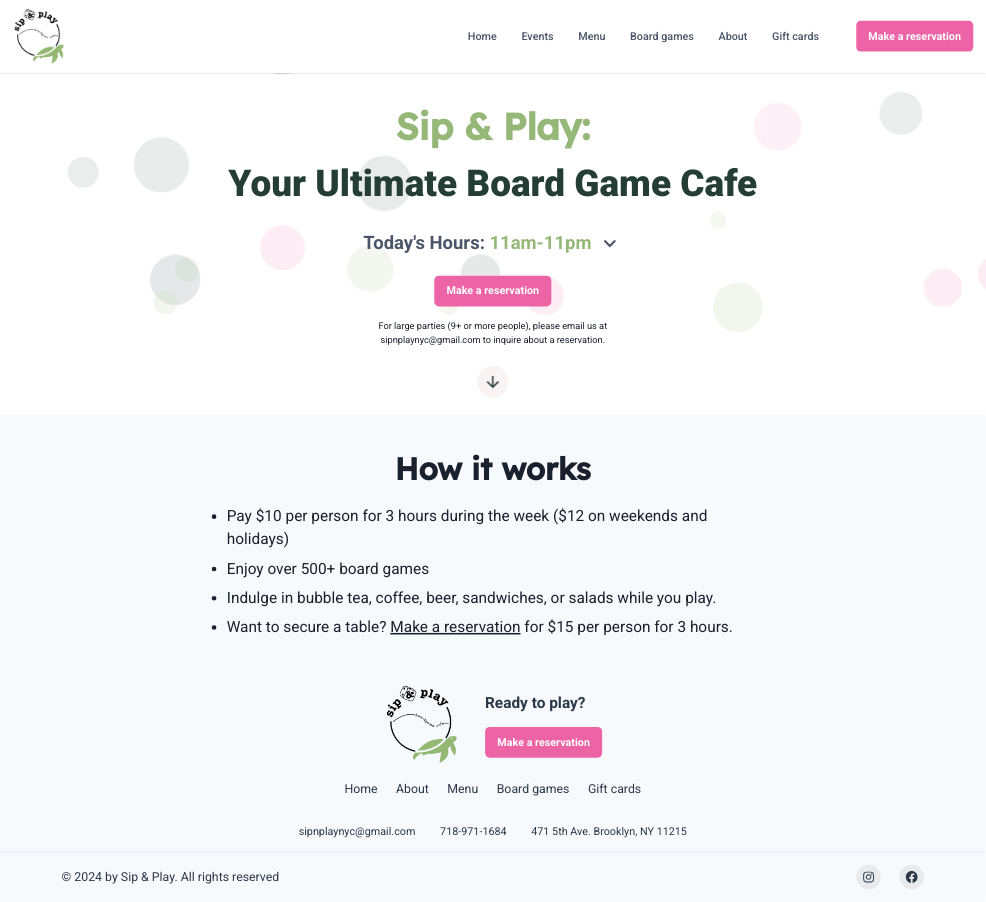
Repository: natespinetti/codedexsummerhackathon
Page: /
These files come from the project's save history. The page is drawn as it stood at one moment and after the next save; the edit follows.
The browser window is 1280 px wide. The pictures show the whole page, at 77% of full size.
The project was rebuilt for these pictures with package versions that can differ from the ones it lists, and the page was loaded fresh each time. The framework's server and built-in components were replaced by stand-ins that run in the browser. Also part of the build but not shown: next.config.mjs.

Above is the page before, as saved 2024-07-11 17:08:27.

### app/layout.tsx
"use client";
import Head from "next/head";
import React from "react";
import Header from "./components/Header";
import Footer from "./components/Footer";
import { Providers } from "./components/Providers";

export default function RootLayout({
  children,
}: {
  children: React.ReactNode;
}) {
  return (
    <html lang="en">
      <Head>
        <title>Sip & Play</title>
        <meta name="description" content="Board games and boba!" />
        <meta name="viewport" content="width=device-width, initial-scale=1" />
        <link rel="icon" href="/favicons/favicon.ico" />
      </Head>
      <body>
        <Providers>
          <Header />
          <main>{children}</main>
          <Footer />
        </Providers>
      </body>
    </html>
  );
}

### app/page.tsx
"use client";
import Image from "next/image";
import HomeHero from "./components/HomeHero";
import {
  Box,
  Text,
  Button,
  keyframes,
  ListItem,
  List,
  UnorderedList,
} from "@chakra-ui/react";
import HowItWorks from "./components/HowItWorks";
import { useRouter } from "next/navigation";

export default function Home() {
  const router = useRouter();

  const onArrowClick = () => {
    router.push("#how-it-works");
  };
  return (
    <>
      <HomeHero onArrowClick={onArrowClick} />
      <HowItWorks />
    </>
  );
}

### app/components/Footer.tsx
"use client";

import {
  Box,
  chakra,
  Container,
  Stack,
  Text,
  useColorModeValue,
  Button,
  Image,
  VisuallyHidden,
} from "@chakra-ui/react";
import { FaInstagram, FaTwitter, FaYoutube, FaFacebook } from "react-icons/fa";
import { ReactNode } from "react";

const SocialButton = ({
  children,
  label,
  href,
}: {
  children: ReactNode;
  label: string;
  href: string;
}) => {
  return (
    <chakra.button
      bg={useColorModeValue("blackAlpha.100", "whiteAlpha.100")}
      rounded={"full"}
      w={8}
      h={8}
      cursor={"pointer"}
      as={"a"}
      href={href}
      display={"inline-flex"}
      alignItems={"center"}
      justifyContent={"center"}
      transition={"background 0.3s ease"}
      _hover={{
        bg: useColorModeValue("blackAlpha.200", "whiteAlpha.200"),
      }}
    >
      <VisuallyHidden>{label}</VisuallyHidden>
      {children}
    </chakra.button>
  );
};

export default function Footer() {
  return (
    <>
      {/* <iframe
        src="https://www.google.com/maps/embed?pb=!1m19!1m8!1m3!1d48423.28708097213!2d-73.98076851318362!3d40.66393288184943!3m2!1i1024!2i768!4f13.1!4m8!3e0!4m0!4m5!1s0x89c25b963c296a77%3A0x33cab105836ef465!2sSip%20%26%20Play%2C%20471%205th%20Ave%2C%20Brooklyn%2C%20NY%2011215!3m2!1d40.668128599999996!2d-73.9869454!5e0!3m2!1sen!2sus!4v1720729656891!5m2!1sen!2sus"
        width="100%"
        height="200"
        style={{ border: 0 }}
        loading="lazy"
        referrerPolicy="no-referrer-when-downgrade"
      ></iframe> */}
      <Box
        bg={useColorModeValue("gray.50", "gray.900")}
        color={useColorModeValue("gray.700", "gray.200")}
      >
        <Container
          as={Stack}
          maxW={"6xl"}
          py={4}
          spacing={4}
          justify={"center"}
          align={"center"}
        >
          <Box display="flex" flexDir="row" alignItems="center" gridGap="2rem">
            <Image
              maxW="100px"
              src="/logos/sipnplay2.png"
              alt="Sip & Play Logo"
            />
            <Box>
              <Text fontWeight={700} fontSize="20px" pb="1rem">
                Ready to play?
              </Text>
              <Button
                as={"a"}
                display={{ base: "none", md: "inline-flex" }}
                fontSize={"sm"}
                fontWeight={600}
                color={"white"}
                bg={"pink.400"}
                href={"https://www.exploretock.com/sipnplay/"}
                target="_blank"
                _hover={{
                  bg: "pink.300",
                }}
              >
                Make a reservation
              </Button>
            </Box>
          </Box>
          <Stack direction={"row"} spacing={6}>
            <Box as="a" href={"#"}>
              Home
            </Box>
            <Box as="a" href={"#"}>
              About
            </Box>
            <Box as="a" href={"#"}>
              Menu
            </Box>
            <Box as="a" href={"#"}>
              Board games
            </Box>
            <Box as="a" href={"#"}>
              Gift cards
            </Box>
          </Stack>
          <Box
            display="flex"
            flexDir="row"
            gridGap="2rem"
            fontSize="14px"
            mt="1rem"
          >
            <Text as="a" href={"mailto:sipnplaynyc@gmail.com"}>
              sipnplaynyc@gmail.com
            </Text>
            <Text as="a" href={"tel:718-971-1684"}>
              718-971-1684
            </Text>
            <Text
              as="a"
              target="_blank"
              href={
                "https://www.google.com/maps/dir//471+5th+Ave,+Brooklyn,+NY+11215/@40.6680993,-74.0693463,12z/data=!4m8!4m7!1m0!1m5!1m1!1s0x89c25b963c296a77:0x33cab105836ef465!2m2!1d-73.9869454!2d40.6681286?entry=ttu"
              }
            >
              471 5th Ave. Brooklyn, NY 11215
            </Text>
          </Box>
        </Container>

        <Box
          borderTopWidth={1}
          borderStyle={"solid"}
          borderColor={useColorModeValue("gray.200", "gray.700")}
        >
          <Container
            as={Stack}
            maxW={"6xl"}
            py={4}
            direction={{ base: "column", md: "row" }}
            spacing={4}
            justify={{ base: "center", md: "space-between" }}
            align={{ base: "center", md: "center" }}
          >
            <Text>© 2024 by Sip & Play. All rights reserved</Text>
            <Stack direction={"row"} spacing={6}>
              <SocialButton
                label={"Instagram"}
                href={"https://www.instagram.com/sipnplaynyc/?hl=en"}
              >
                <FaInstagram />
              </SocialButton>
              <SocialButton
                label={"Facebook"}
                href={"https://www.facebook.com/sipnplaynyc/"}
              >
                <FaFacebook />
              </SocialButton>
            </Stack>
          </Container>
        </Box>
      </Box>
    </>
  );
}

### app/components/Providers.tsx
import { SPTheme } from "@/ui/theme/theme";
import { ChakraProvider } from "@chakra-ui/react";
import { ReactNode } from "react";

export function Providers({ children }: { children: ReactNode }) {
  return <ChakraProvider theme={SPTheme}>{children}</ChakraProvider>;
}

### app/components/HomeHero.tsx
"use client";
import { Box, Text, Button, keyframes } from "@chakra-ui/react";
import CurrentDayHours from "./CurrentDaysHours";
import {
  HamburgerIcon,
  CloseIcon,
  ChevronDownIcon,
  ArrowDownIcon,
} from "@chakra-ui/icons";

const bubbleAnimation = keyframes`
  0% {
    transform: translateY(100px) scale(1);
    opacity: 1;
  }
  100% {
    transform: translateY(-1000px) scale(1.5);
    opacity: 0;
  }
`;

const upDownAnimation = keyframes`
  0% {
    transform: translateY(0);
  }
  50% {
    transform: translateY(10px);
  }
  100% {
    transform: translateY(0px);
  }
`;

const bubbles = new Array(20).fill(0).map((_, index) => ({
  id: index,
  size: Math.random() * 3 + 1,
  left: Math.random() * 100,
  animationDuration: Math.random() * 20 + 10,
  animationDelay: Math.random() * 100,
}));

interface HomeHeroProps {
  onArrowClick: () => void;
}

const HomeHero: React.FC<HomeHeroProps> = ({ onArrowClick }) => {
  return (
    <>
      <Box position="relative" overflow="hidden" h="100%" w="100%">
        {bubbles.map((bubble, index) => (
          <Box
            key={bubble.id}
            position="absolute"
            bottom="0"
            left={`${bubble.left}%`}
            width={`${bubble.size}rem`}
            height={`${bubble.size}rem`}
            bg={
              index % 3 === 0
                ? "rgba(148, 185, 115, 0.3)"
                : index % 3 === 1
                ? "rgba(36, 62, 54, 0.3)"
                : "rgba(237, 100, 166, 0.3)"
            }
            borderRadius="50%"
            animation={`${bubbleAnimation} ${bubble.animationDuration}s linear infinite`}
            transitionDelay={`${bubble.animationDelay}s`}
          />
        ))}
        <Box
          position="relative"
          w="100vw"
          p="2rem"
          display="flex"
          flexDir="column"
          justifyItems="center"
          alignItems="center"
          gridGap="1rem"
          bg="rgba(255, 255, 255, 0.5)"
        >
          <Text
            as="h1"
            fontFamily="body"
            fontWeight="900"
            fontSize="3rem"
            color="#243E36"
            textAlign="center"
          >
            <Text
              as="span"
              color="#95b878"
              fontWeight="900"
              fontFamily="heading"
              fontSize="3rem"
            >
              Sip & Play:
              <br />
            </Text>
            Your Ultimate Board Game Cafe
          </Text>
          <CurrentDayHours />
          <Button
            as={"a"}
            display={{ base: "none", md: "inline-flex" }}
            fontSize={"sm"}
            fontWeight={600}
            color={"white"}
            bg={"pink.400"}
            href={"https://www.exploretock.com/sipnplay/"}
            target="_blank"
            _hover={{
              bg: "pink.300",
            }}
          >
            Make a reservation
          </Button>

          <Text
            fontSize="12px"
            w={{ base: "100%", md: "30%" }}
            textAlign="center"
          >
            For large parties (9+ or more people), please email us at{" "}
            <Text as="a" href="mailto:sipnplaynyc@gmail.com">
              sipnplaynyc@gmail.com
            </Text>{" "}
            to inquire about a reservation.
          </Text>
          <Box
            bg="rgba(246, 232, 234, 0.5)"
            p=".5rem"
            borderRadius="50%"
            onClick={() => onArrowClick()}
            animation={`${upDownAnimation} 4s ease-in-out infinite`}
          >
            <ArrowDownIcon color="#243E36" fontSize="1.5rem" />
          </Box>
        </Box>
      </Box>
    </>
  );
};

export default HomeHero;

### app/components/HowItWorks.tsx
"use client";
import {
  Box,
  Text,
  Button,
  keyframes,
  UnorderedList,
  ListItem,
} from "@chakra-ui/react";
import CurrentDayHours from "./CurrentDaysHours";
import {
  HamburgerIcon,
  CloseIcon,
  ChevronDownIcon,
  ArrowDownIcon,
} from "@chakra-ui/icons";

export default function HowItWorks() {
  return (
    <>
      <Box bg="var(--chakra-colors-gray-50)" id="how-it-works">
        <Box maxW="90%" m="auto" p="2.5rem 0">
          <Text
            as="h2"
            fontSize="2.5rem"
            fontFamily="heading"
            fontWeight={700}
            textAlign="center"
            mb="1rem"
          >
            How it works
          </Text>
          <UnorderedList spacing={2} fontSize="1.25rem" w="60%" m="auto">
            <ListItem>
              Pay $10 per person for 3 hours during the week ($12 on weekends
              and holidays)
            </ListItem>
            <ListItem>Enjoy over 500+ board games</ListItem>
            <ListItem>
              Indulge in bubble tea, coffee, beer, sandwiches, or salads while
              you play.
            </ListItem>
            <ListItem>
              Want to secure a table?{" "}
              <Text
                as="a"
                href="https://www.exploretock.com/sipnplay/"
                target="_blank"
                textDecoration="underline"
              >
                Make a reservation
              </Text>{" "}
              for $15 per person for 3 hours.
            </ListItem>
          </UnorderedList>
        </Box>
      </Box>
    </>
  );
}

### ui/theme/theme.tsx
import { extendTheme } from "@chakra-ui/react";
import { fonts } from "./fonts";

const overrides = {
  fonts,
};

export const SPTheme = extendTheme(overrides);

### app/components/CurrentDaysHours.tsx
import React, { useState } from "react";
import { Box, Text, useColorModeValue, useDisclosure } from "@chakra-ui/react";
import {
  Popover,
  PopoverTrigger,
  PopoverContent,
  PopoverHeader,
  PopoverBody,
  PopoverFooter,
  PopoverArrow,
  PopoverCloseButton,
  Button,
  PopoverAnchor,
} from "@chakra-ui/react";
import {
  HamburgerIcon,
  CloseIcon,
  ChevronDownIcon,
  ChevronRightIcon,
} from "@chakra-ui/icons";

const openingHours: { [key: number]: string } = {
  0: "10am-11pm", //Sunday
  1: "11am-11pm", // Monday
  2: "11am-11pm", // Tuesday
  3: "11am-11pm", // Wednesday
  4: "11am-11pm", // Thursday
  5: "11am-12am", // Friday
  6: "10am-12am", // Saturday
};

export default function CurrentDayHours() {
  const { isOpen, onOpen, onClose } = useDisclosure();

  const currentDay = new Date().getDay();
  const hours = openingHours[currentDay];
  const linkColor = useColorModeValue("gray.600", "gray.200");
  const linkHoverColor = useColorModeValue("gray.800", "white");
  const popoverContentBgColor = useColorModeValue("white", "gray.800");
  const handleItemClick = () => {
    if (isOpen) {
      onClose();
    } else {
      onOpen();
    }
  };
  return (
    <Box textAlign="center" fontSize="16px">
      <Popover
        trigger={"hover"}
        placement={"bottom-start"}
        isOpen={isOpen}
        onOpen={onOpen}
        onClose={onClose}
      >
        <PopoverTrigger>
          <Box
            p={2}
            fontSize={"sm"}
            fontWeight={500}
            color={linkColor}
            _hover={{
              textDecoration: "none",
              color: linkHoverColor,
            }}
          >
            <Box
              display="flex"
              flexDir="row"
              gridGap=".5rem"
              alignItems="center"
              onClick={handleItemClick}
            >
              <Text fontWeight="bold" fontSize="1.5rem" cursor="pointer">
                Today's Hours:{" "}
                <Text color="#95b878" as="span">
                  {hours}
                </Text>
              </Text>
              <ChevronDownIcon
                fontSize="2rem"
                transform={isOpen ? "rotate(180deg)" : "rotate(0deg)"}
                transition="transform 0.2s"
              />
            </Box>
          </Box>
        </PopoverTrigger>

        <PopoverContent
          border={0}
          boxShadow={"xl"}
          bg={popoverContentBgColor}
          p={4}
          rounded={"xl"}
          minW={"sm"}
        >
          <Box display="flex" flexDir="column" textAlign="left">
            <Text fontWeight="bold">
              Sunday:{" "}
              <Text color="#95b878" as="span">
                10am-11pm
              </Text>
            </Text>
            <Text fontWeight="bold">
              Monday:{" "}
              <Text color="#95b878" as="span">
                11am-11pm
              </Text>
            </Text>
            <Text fontWeight="bold">
              Tuesday:{" "}
              <Text color="#95b878" as="span">
                11am-11pm
              </Text>
            </Text>
            <Text fontWeight="bold">
              Wednesday:{" "}
              <Text color="#95b878" as="span">
                11am-11pm
              </Text>
            </Text>
            <Text fontWeight="bold">
              Thursday:{" "}
              <Text color="#95b878" as="span">
                11am-11pm
              </Text>
            </Text>
            <Text fontWeight="bold">
              Friday:{" "}
              <Text color="#95b878" as="span">
                11am-12am
              </Text>
            </Text>
            <Text fontWeight="bold">
              Saturday:{" "}
              <Text color="#95b878" as="span">
                10am-12am
              </Text>
            </Text>
          </Box>
        </PopoverContent>
      </Popover>
    </Box>
  );
}

### ui/theme/fonts.tsx
import { Roboto, Lexend } from "next/font/google";

const roboto = Roboto({
  subsets: ["latin"],
  display: "swap",
  weight: ["100", "300", "400", "500", "700", "900"],
  style: ["normal", "italic"],
});

const lexend = Lexend({
  subsets: ["latin"],
  display: "swap",
  weight: ["300", "400", "500"],
  style: ["normal"],
});

export const fonts = {
  heading: lexend.style.fontFamily,
  body: roboto.style.fontFamily,
};

Loaded but not shown: app/components/Header.tsx (346 lines, source omitted)

After the next save:
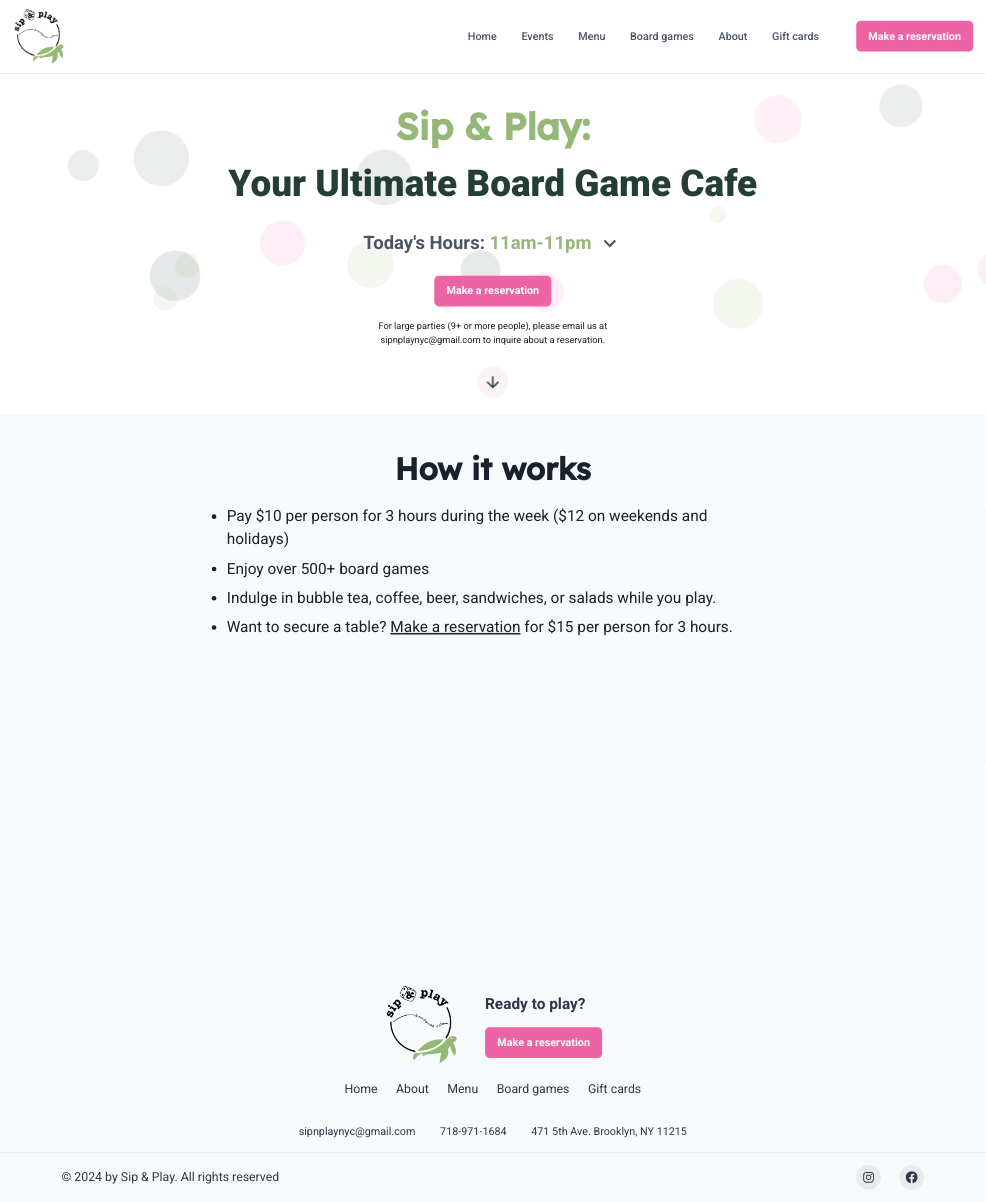
Saved 15 s later.
--- a/app/components/HowItWorks.tsx
+++ b/app/components/HowItWorks.tsx
@@ -18,7 +18,7 @@
 export default function HowItWorks() {
   return (
     <>
-      <Box bg="var(--chakra-colors-gray-50)" id="how-it-works">
+      <Box bg="var(--chakra-colors-gray-50)" id="how-it-works" h="100vh">
         <Box maxW="90%" m="auto" p="2.5rem 0">
           <Text
             as="h2"
